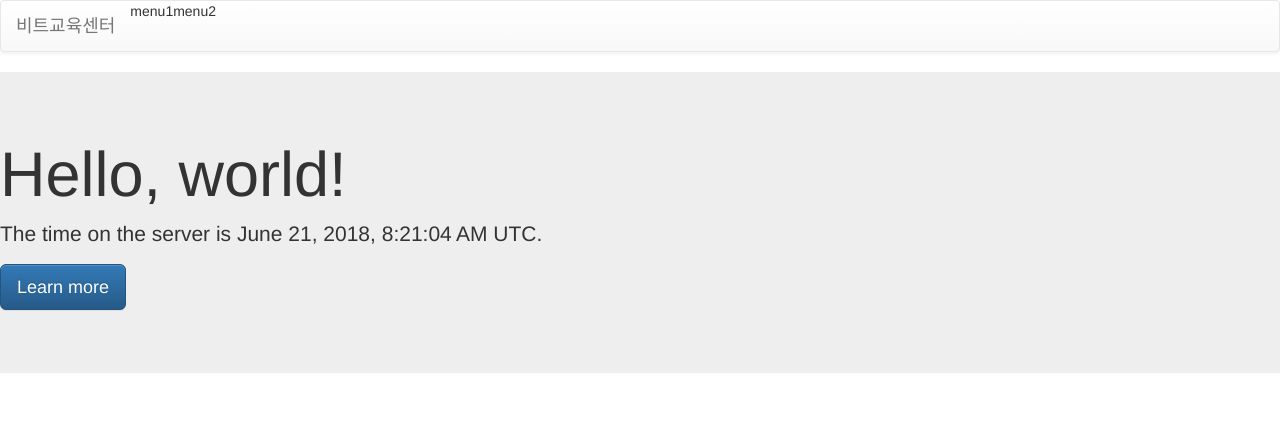
Repository: hb6class/spring2018
Page: http://localhost/sts03/
An editor plug-in stored every save of this project. The page is shown before and after the next save, followed by the edit.
The browser window is 1280 px wide. The pictures show the whole page.
The page is served by Tomcat 9. The template is opened directly, without the code that normally fills it, so the values that code supplies are empty.

Above is the page before, as saved 2018-06-25 02:50:09.

After the next save:
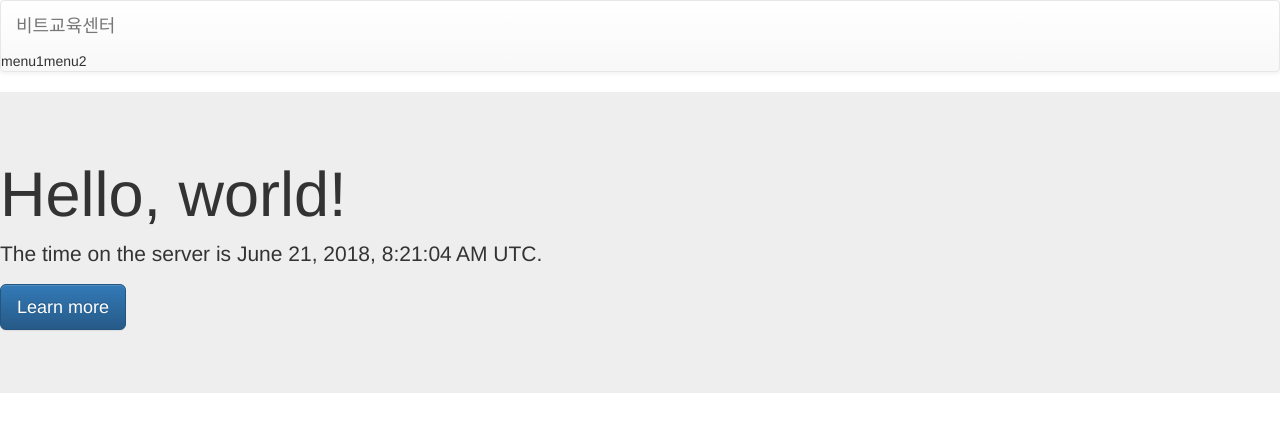
Saved 85 s later.
--- a/sts03/src/main/webapp/WEB-INF/views/home.jsp
+++ b/sts03/src/main/webapp/WEB-INF/views/home.jsp
@@ -26,13 +26,11 @@
         <p>비트교육센터</p>
       </a>
     </div>
-    <div class="collapse navbar-collapse" >
+  </div>
 	  <ul class="nav navbar-nav">
 	  	<li>menu1</li>
 	  	<li>menu2</li>
 	  </ul>
-    </div>
-  </div>
 </nav>
 <div class="jumbotron">
   <h1>Hello, world!</h1>

After the save that followed:
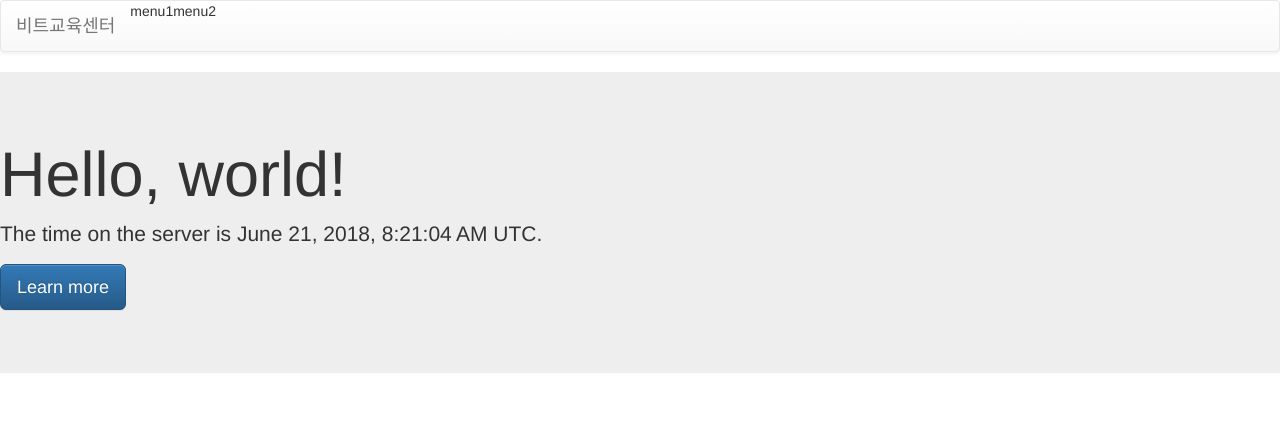
Saved 71 s later.
--- a/sts03/src/main/webapp/WEB-INF/views/home.jsp
+++ b/sts03/src/main/webapp/WEB-INF/views/home.jsp
@@ -26,11 +26,11 @@
         <p>비트교육센터</p>
       </a>
     </div>
-  </div>
 	  <ul class="nav navbar-nav">
 	  	<li>menu1</li>
 	  	<li>menu2</li>
 	  </ul>
+  </div>
 </nav>
 <div class="jumbotron">
   <h1>Hello, world!</h1>
